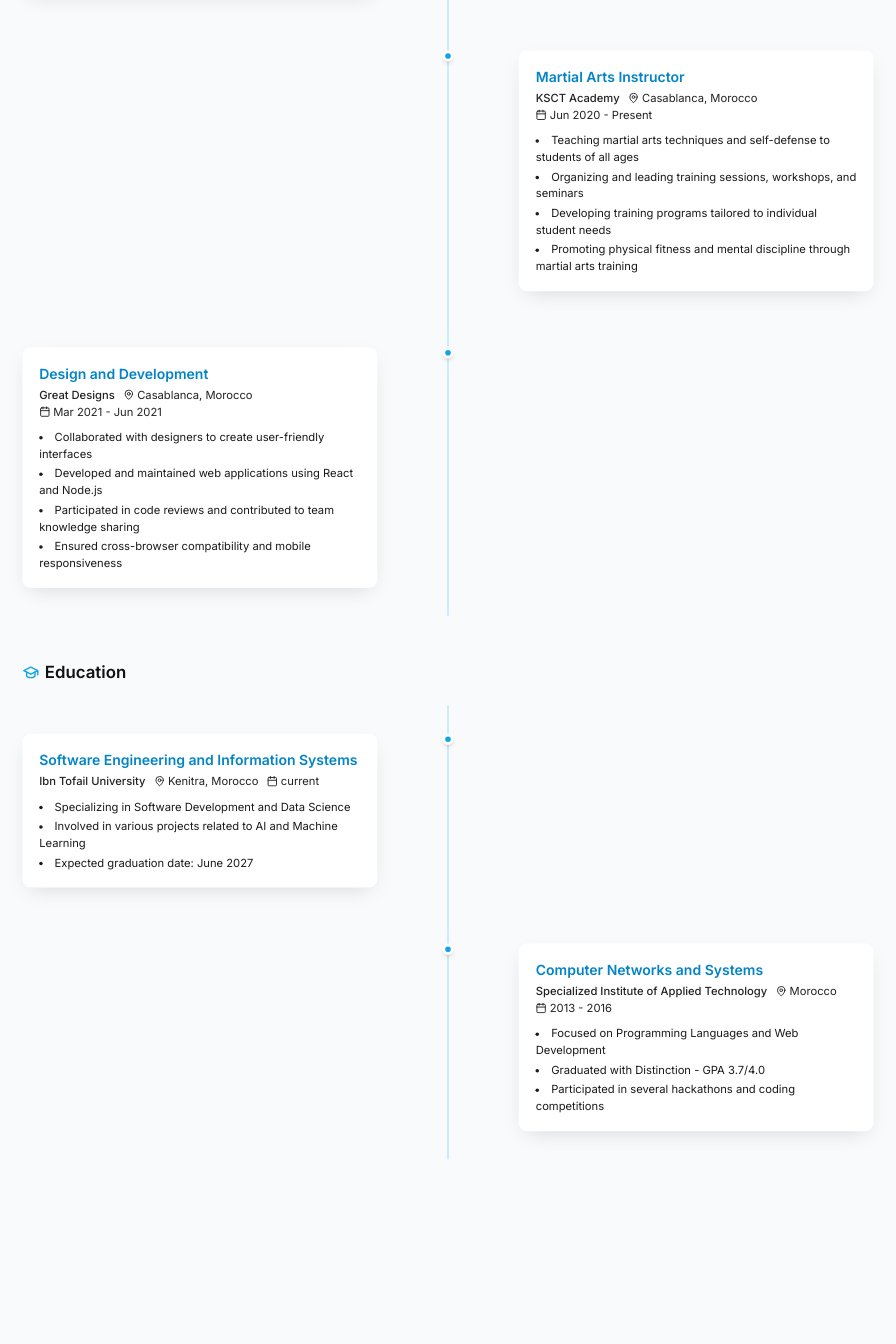
Repository: Abdelilah-Lakrim/Personal_Portfolio
Page: /
The author's editor kept a copy of each file at every save. The page is drawn from the files as they stood at one save, then again after a run of saves.
The browser window is 1280 px wide. The pictures show the part of the page from y = 4580 to 6500 px (the page is 7929 px tall), at 70% of full size.
The project was rebuilt for these pictures with package versions that can differ from the ones it lists, and the page was loaded fresh each time. Also part of the build but not shown: vite.config.ts.

Above is the page before, as saved 2025-05-21 12:52:24.

After the next 2 saves:
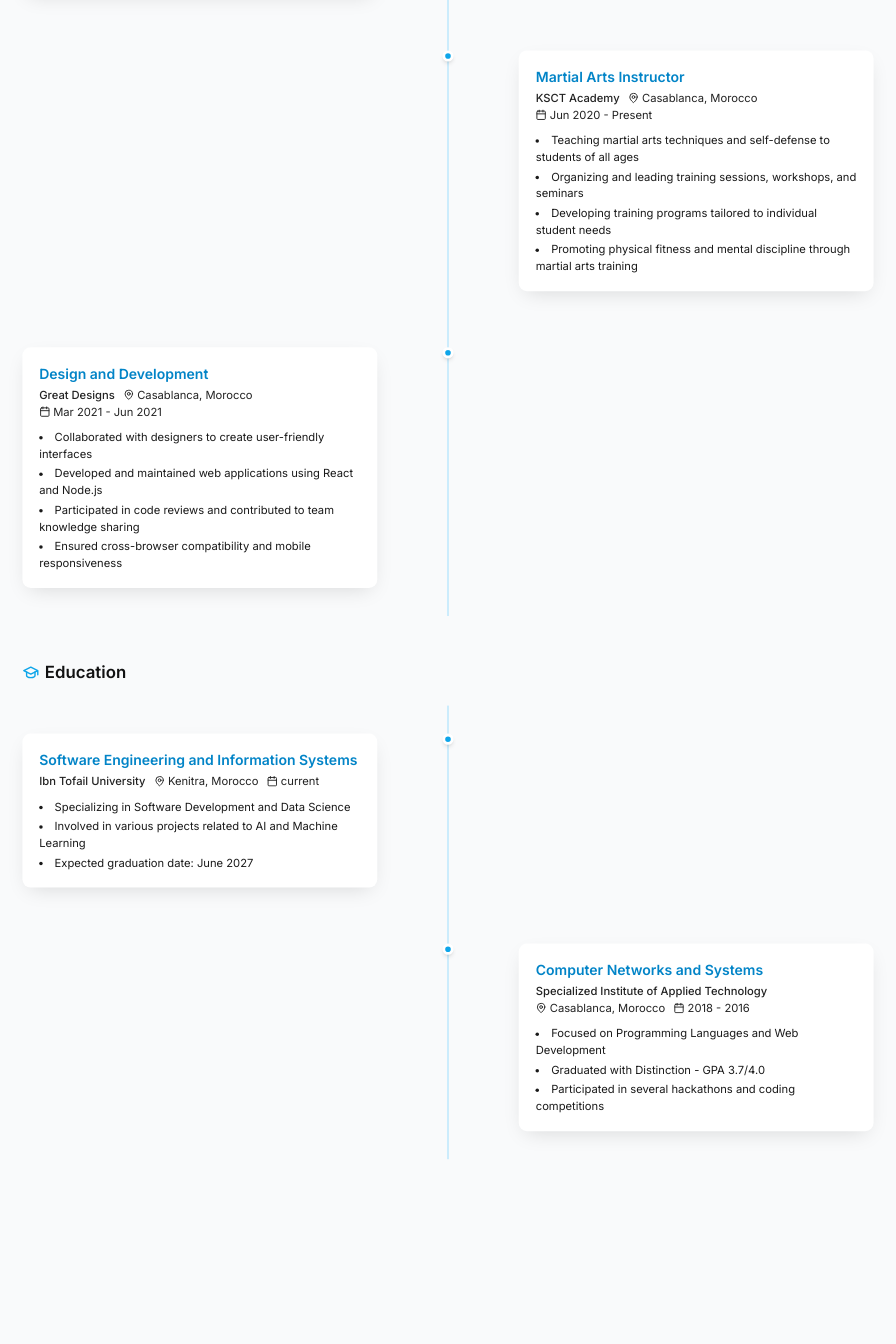
The 2 saves are shown as one change because they came seconds apart.
The last was saved 9 s later.
--- a/src/components/Experience.tsx
+++ b/src/components/Experience.tsx
@@ -72,8 +72,8 @@ const Experience: React.FC = () => {
       id: 2,
       degree: 'Computer Networks and Systems',
       institution: 'Specialized Institute of Applied Technology',
-      location: 'Morocco',
-      duration: '2013 - 2016',
+      location: 'Casablanca, Morocco',
+      duration: '2018 - 2016',
       description: [
         'Focused on Programming Languages and Web Development',
         'Graduated with Distinction - GPA 3.7/4.0',
